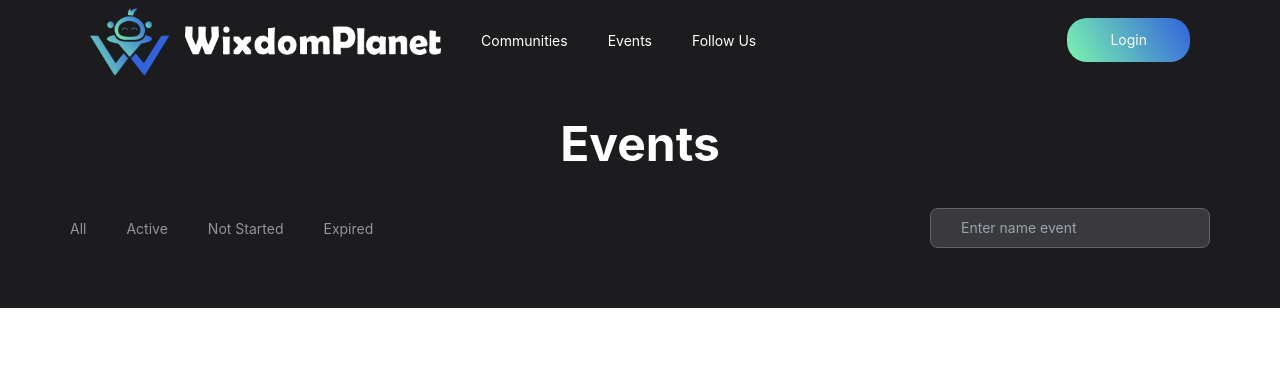
Repository: haudnn/WixdomPlanet-demo
Page: /
The author's editor kept a copy of each file at every save. The page is drawn from the files as they stood at one save, then again after the next save.
The browser window is 1280 px wide. The pictures show the whole page.
The project was rebuilt for these pictures with package versions that can differ from the ones it lists, and the page was loaded fresh each time. Also part of the build but not shown: vite.config.js, src/App.css.

Above is the page before, as saved 2023-02-03 10:34:21.

### src/App.jsx
import "./App.css";
import { BrowserRouter } from "react-router-dom";
import Header from "./components/Layout/Header";
import RoutesConfig from "./config/RoutesConfig";
function App() {
  return (
    <div className="App bg-[#1c1c1e]">
      <BrowserRouter>
        <Header />
        <RoutesConfig/>
      </BrowserRouter>
    </div>
  );
}

export default App;

### src/index.css
@tailwind base;
@tailwind components;
@tailwind utilities;

:root {
  font-family: Inter, system-ui, Avenir, Helvetica, Arial, sans-serif;
}

### src/components/Layout/Header.jsx
import React from 'react'
import { Link } from 'react-router-dom'
import logo from "../../assets/imgs/logo.png"
const Header = () => {
  return (
    <header className='h-[80px]'>
        <div className='max-w-[1140px] my-0 mx-auto h-full px-5'>
            <div className='flex items-center justify-between h-full'>
                <div className='flex items-center gap-x-10'>
                    <div className='h-[80px]'>
                        <Link to="/">
                            <img src={logo} alt="Logo" className='w-full h-full object-cover' />
                        </Link>
                    </div>
                    <ul className='flex items-center gap-x-10'>
                        <li>
                            <Link className='text-sm text-white' to="/communities">Communities</Link>
                        </li>
                        <li>
                            <Link className='text-sm text-white' to="/events">Events</Link>
                        </li>
                        <li>
                            <Link className='text-sm text-white' to="/follow">Follow Us</Link>
                        </li>
                    </ul>
                </div>
                <button style={{background: "linear-gradient(239deg,#3262dd,#7af4ae 98.78%)"}} className='text-sm text-white rounded-[20px] py-3 px-[43px]'>
                    <Link to="/login">Login</Link>
                </button>
            </div>
        </div>
    </header>
  )
}

export default Header

### src/config/RoutesConfig.jsx
import { Routes, Route } from 'react-router-dom';
import routes from '../constants/routes';
function RoutesConfig() {
  return (
    <Routes>
      {routes.map(({ path, component }) => (
        <Route key={path} path={path} element={component} />
      ))}
    </Routes>
  );
}
export default RoutesConfig;

### src/constants/routes.jsx
import Home from "../features/Home";

const routes = [
    {
      path: '/',
      component: <Home/>,
    },
]
export default routes;

### src/features/Home.jsx
import React from 'react'
import Event from './Event/page/Event'

const Home = () => {
  return (
    <section className='home py-10 max-w-[1140px] my-0 mx-auto'>
        <div className='text-center'>
            <span className="text-white font-bold text-5xl ">Events</span>
        </div>
        <div className='mt-10 flex items-center justify-between'>
            <ul className='flex items-center gap-x-10'>
                <li>
                    <span className='text-sm text-[#949499] cursor-pointer'>All</span>
                </li>
                <li>
                    <span className='text-sm text-[#949499] cursor-pointer'>Active</span>
                </li>
                <li>
                    <span className='text-sm text-[#949499] cursor-pointer'>Not Started</span>
                </li>
                <li>
                    <span className='text-sm text-[#949499] cursor-pointer'>Expired</span>
                </li>
            </ul>
            <div className='w-[280px]'>
                <input type="text" placeholder='Enter name event' className='text-sm pl-[30px] pr-[15px] h-10 leading-10 border border-solid border-[#636366] inline-block w-full bg-[#3a3a3c] rounded-lg text-white'/>
            </div>
        </div>
        <div className='mt-5'>
            <Event/>
        </div>
    </section>
  )
}

export default Home

### src/features/Event/page/Event.jsx
const Event = () => {
  return (
    <div className="event">

    </div>
  )
}

export default Event

Loaded but not shown: index.html (common file); src/main.jsx (common file); tailwind.config.cjs (common file)

After the next save:
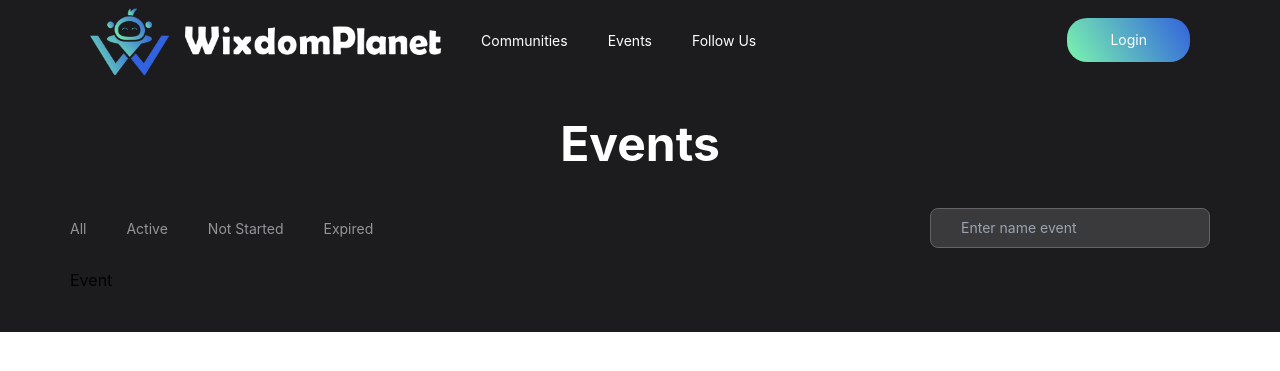
Saved 8 s later.
--- a/src/features/Event/page/Event.jsx
+++ b/src/features/Event/page/Event.jsx
@@ -1,7 +1,7 @@
 const Event = () => {
   return (
     <div className="event">
-
+        Event
     </div>
   )
 }

After the save that followed:
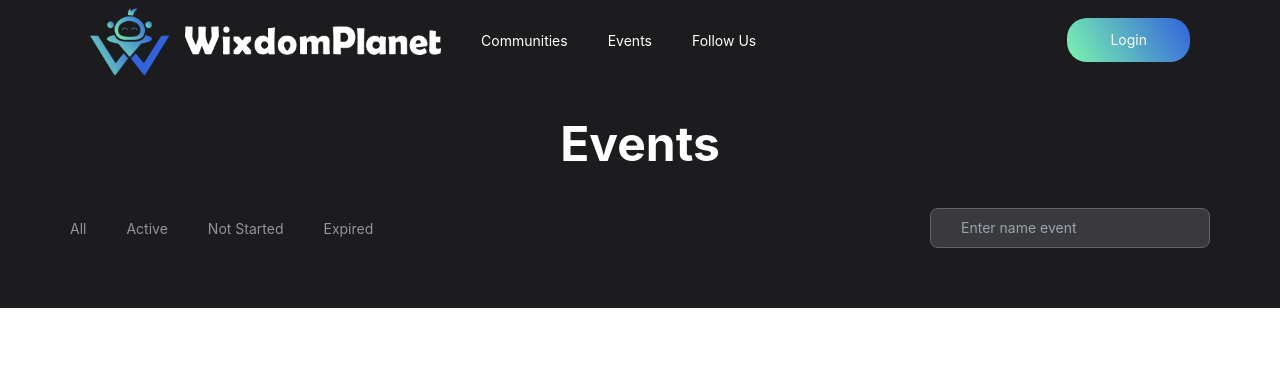
Saved 5 s later.
--- a/src/features/Event/page/Event.jsx
+++ b/src/features/Event/page/Event.jsx
@@ -1,7 +1,7 @@
 const Event = () => {
   return (
     <div className="event">
-        Event
+
     </div>
   )
 }
